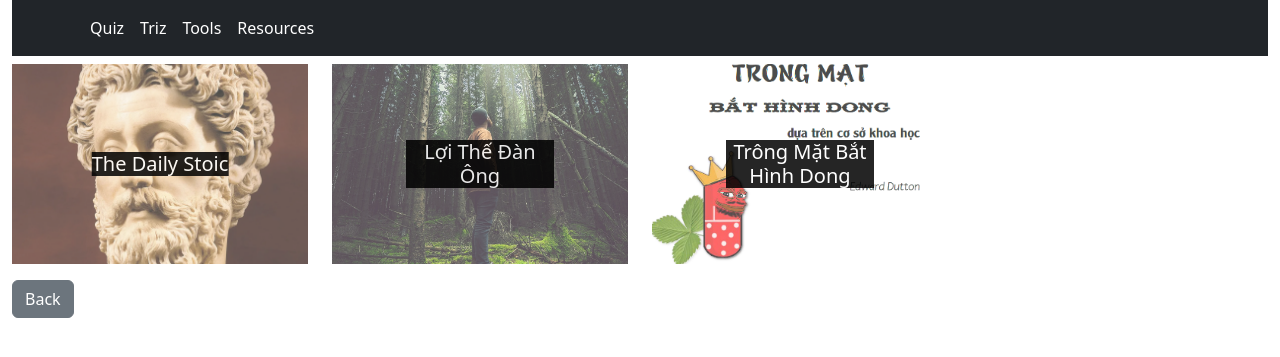
Repository: tran-thien-nhan/quiz_tlln
Page: quiz.html
An editor plug-in stored every save of this project. The page is shown before and after the next save, followed by the edit.
The browser window is 1280 px wide. The pictures show the whole page.

Above is the page before, as saved 2023-06-28 19:13:59.

After the next save:
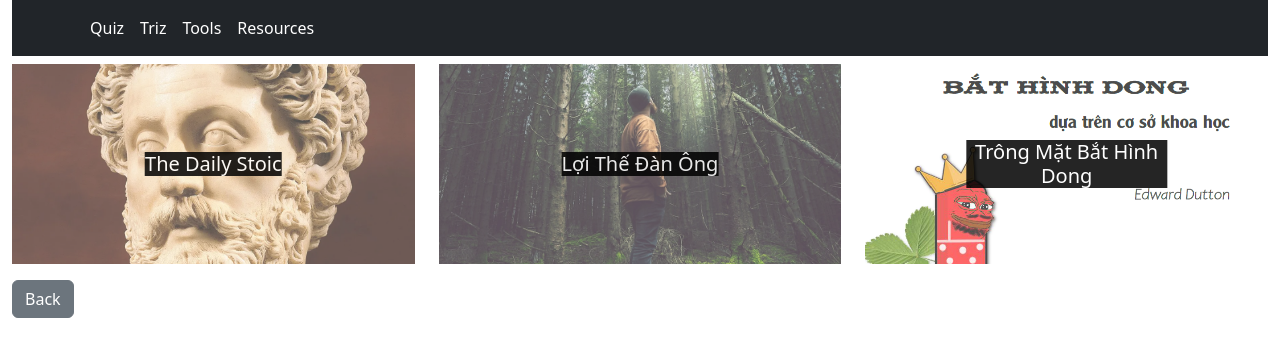
Saved 2 min 1 s later.
--- a/quiz.html
+++ b/quiz.html
@@ -69,7 +69,7 @@
 
     <!-- end phần menu -->
     <div class="row mt-2">
-      <div class="col-md-3">
+      <div class="col-lg-4 col-md-6">
         <a href="daily_stoic_quiz.html">
           <div class="thumbnail-container">
             <img src="img/stoic_thumbnail.webp" class="thumbnail img-fluid" alt="Ảnh 1">
@@ -78,7 +78,7 @@
         </a>
       </div>
 
-      <div class="col-md-3">
+      <div class="col-lg-4 col-md-6">
         <a href="men_advantage_quiz.html">
           <div class="thumbnail-container">
             <img src="img/men_advantage.jfif" class="thumbnail img-fluid" alt="Ảnh 2">
@@ -87,7 +87,7 @@
         </a>
       </div>
 
-      <div class="col-md-3">
+      <div class="col-lg-4 col-md-6">
         <a href="">
           <div class="thumbnail-container">
             <img src="img/trong_mat_bat_hinh_dong_thumbnail.PNG" class="thumbnail img-fluid" alt="Ảnh 3">
@@ -96,6 +96,7 @@
         </a>
       </div>
     </div>
+
   </div>
     <a id="backButton" class="btn btn-secondary" style="margin-left: 0.75rem; margin-top:1rem;">Back</a>
     <script src="back.js"></script>
